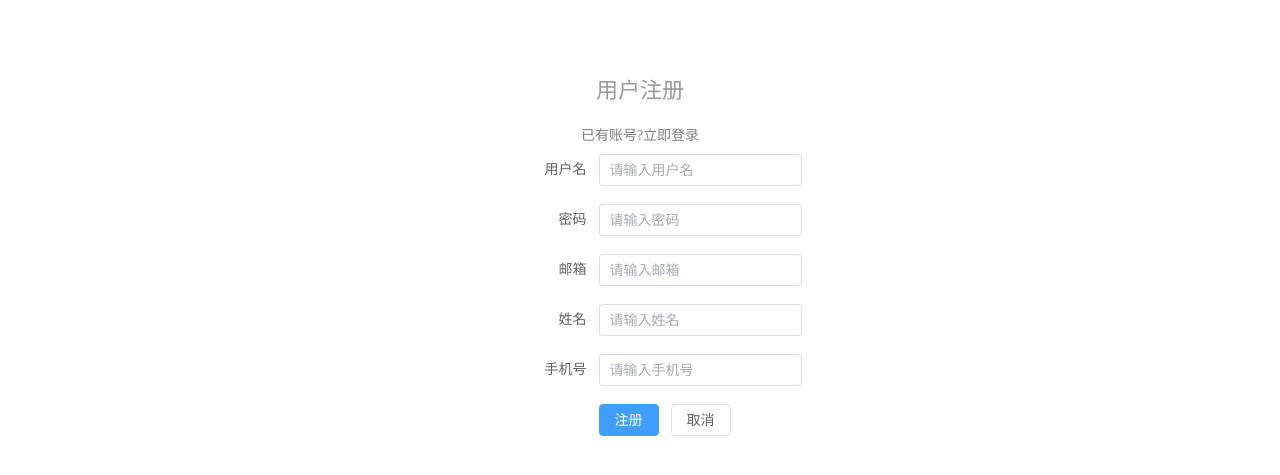
Repository: Mickey1216/yzkj_login_demo
Page: /
These files come from the project's save history. The page is drawn as it stood at one moment and after the next save; the edit follows.
The browser window is 1280 px wide. The pictures show the whole page.
The project was rebuilt for these pictures with package versions that can differ from the ones it lists, and the page was loaded fresh each time. Also part of the build but not shown: vite.config.js.

Above is the page before, as saved 2023-07-04 16:13:51.

After the next save:
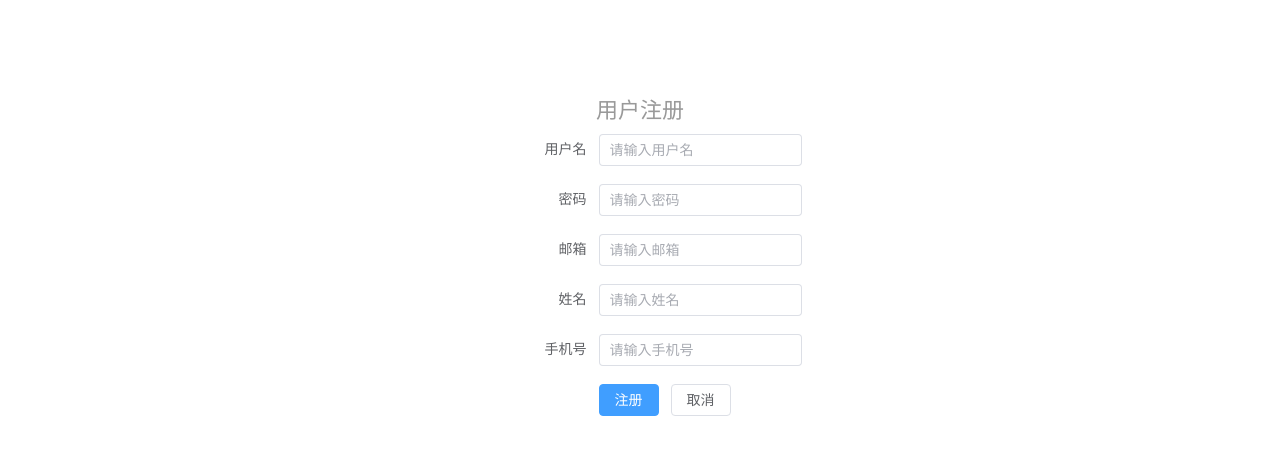
Saved 23 s later.
--- a/src/views/Register.vue
+++ b/src/views/Register.vue
@@ -1,7 +1,7 @@
 <template>
   <div class="register">
     <div class="title">用户注册</div>
-    <div class="is_existing_account">已有账号?立即登录</div>
+    <!-- <div class="is_existing_account">已有账号?立即登录</div> -->
     <el-form :model="form" label-width="120px">
       <el-form-item label="用户名">
         <el-input placeholder="请输入用户名" v-model="form.username" />
